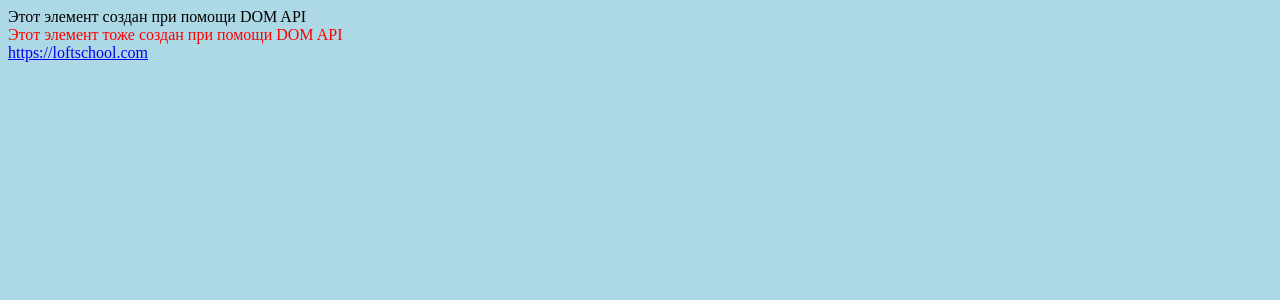
Repository: JohnnyBravo85/LoftSchool-CHOCCO
Page: task1.html
An editor plug-in stored every save of this project. The page is shown before and after the next save, followed by the edit.
The browser window is 1280 px wide. The pictures show the whole page.

Above is the page before, as saved 2019-05-23 16:58:52.

After the next save:
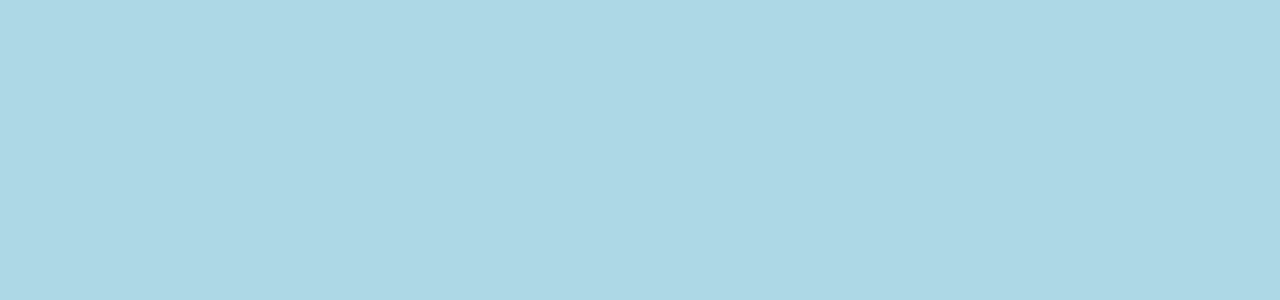
Console error: SyntaxError: Unexpected token '}'
Saved 13 s later.
--- a/js/task2.js
+++ b/js/task2.js
@@ -24,4 +24,5 @@
   document.body.appendChild(elementA);
   elementA.addEventListener('click', function () {
     console.log('Я кликнул на ссылку https://loftschool.com');
+    add.
   });

After the save that followed:
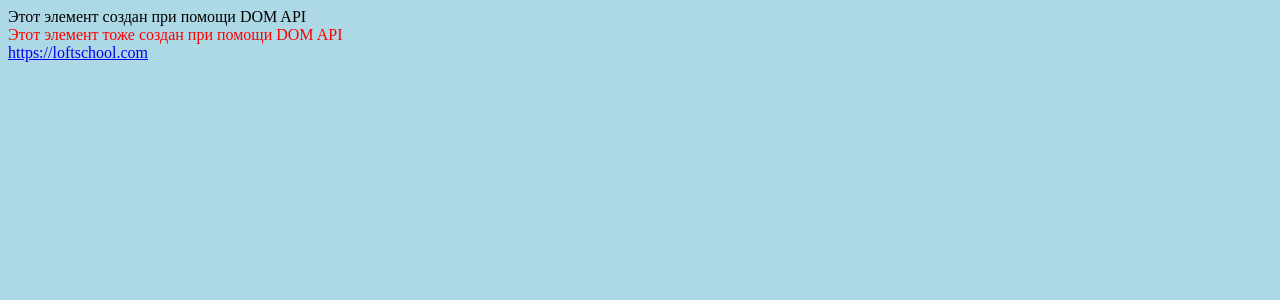
The error is gone.
Saved 19 s later.
--- a/js/task2.js
+++ b/js/task2.js
@@ -24,5 +24,5 @@
   document.body.appendChild(elementA);
   elementA.addEventListener('click', function () {
     console.log('Я кликнул на ссылку https://loftschool.com');
-    add.
+    event.preventDefault();
   });
